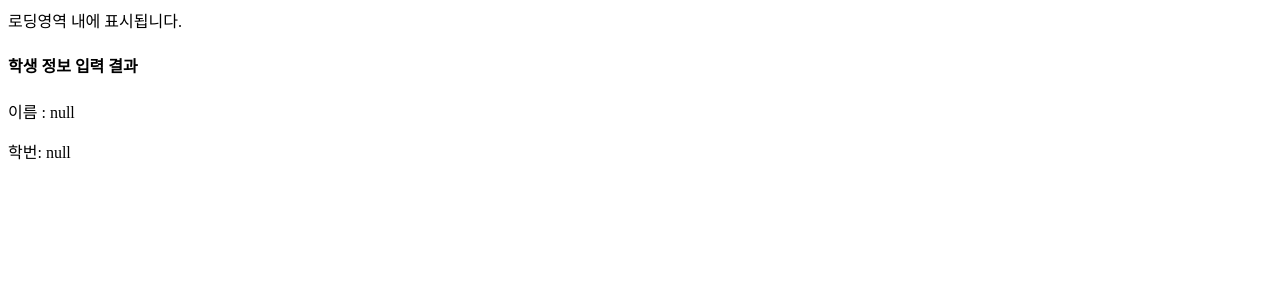
Repository: suhyun6363/JSP
Page: http://localhost/SecondProject/jQPro2.jsp
An editor plug-in stored every save of this project. The page is shown before and after the next save, followed by the edit.
The browser window is 1280 px wide. The pictures show the whole page.
The page is served by Tomcat 9.

Above is the page before, as saved 2023-04-29 07:24:48.

### SecondProject/WebContent/jQPro2.jsp
<%@ page language= "java" contentType="text/html; charset=UTF-8"
	pageEncoding="UTF-8"%>

로딩영역 내에 표시됩니다.
<%
	request.setCharacterEncoding("UTF-8");
	String name = request.getParameter("name");
	String sid = request.getParameter("sid");
%>
<h4> 학생 정보 입력 결과 </h4>
    이름 :  <%=name%><p>
    학번: <%=sid%><p>

After the next save:
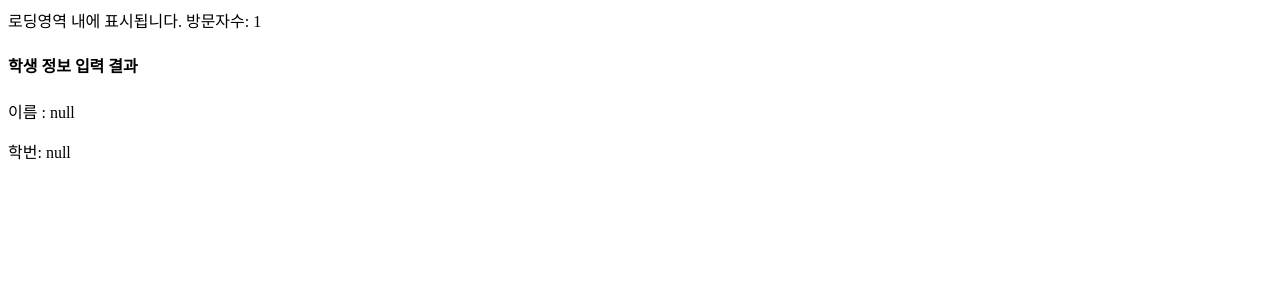
Saved 23 min 31 s later.
--- a/SecondProject/WebContent/jQPro2.jsp
+++ b/SecondProject/WebContent/jQPro2.jsp
@@ -6,6 +6,10 @@
 	request.setCharacterEncoding("UTF-8");
 	String name = request.getParameter("name");
 	String sid = request.getParameter("sid");
+	String strCount = (String) application.getAttribute("counter"); //counter 라는 필드가 존재하면 counter필드의 값을 전달
+	int count = (strCount == null) ? 0 : Integer.valueOf(strCount);	//사망연산자: (조건항) ? True실행 : False 실행
+	out.println("방문자수: " + ++count);
+	application.setAttribute("counter", String.valueOf(count));
 %>
 <h4> 학생 정보 입력 결과 </h4>
     이름 :  <%=name%><p>
